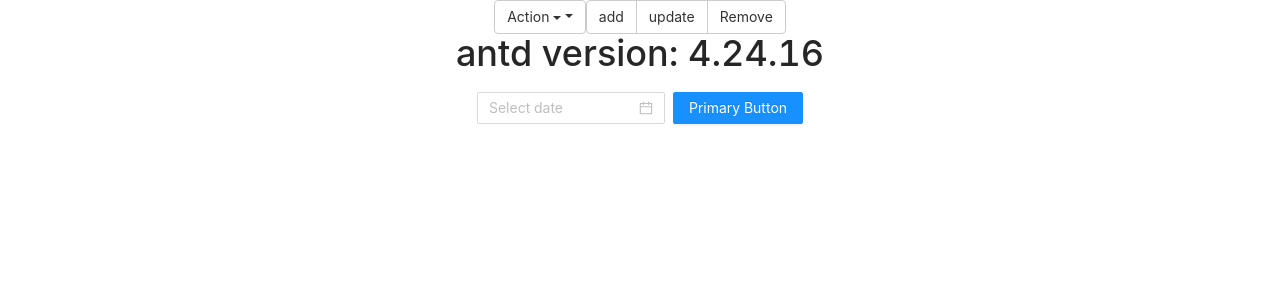
Repository: busiui/react
Page: /
The author's editor kept a copy of each file at every save. The page is drawn from the files as they stood at one save, then again after the next save.
The browser window is 1280 px wide. The pictures show the whole page.
The project was rebuilt for these pictures with package versions that can differ from the ones it lists, and the page was loaded fresh each time.

Above is the page before, as saved 2020-03-17 09:58:33.

### public/index.html
<!DOCTYPE html>
<html lang="en">

<head>
  <meta charset="utf-8" />
  <link rel="icon" href="%PUBLIC_URL%/favicon.ico" />
  <meta name="viewport" content="width=device-width, initial-scale=1" />
  <meta name="theme-color" content="#000000" />
  <meta name="description" content="Web site created using create-react-app" />
  <link rel="apple-touch-icon" href="%PUBLIC_URL%/logo192.png" />
  <!--
      manifest.json provides metadata used when your web app is installed on a
      user's mobile device or desktop. See https://developers.google.com/web/fundamentals/web-app-manifest/
    -->
  <link rel="manifest" href="%PUBLIC_URL%/manifest.json" />
  <!--
      Notice the use of %PUBLIC_URL% in the tags above.
      It will be replaced with the URL of the `public` folder during the build.
      Only files inside the `public` folder can be referenced from the HTML.

      Unlike "/favicon.ico" or "favicon.ico", "%PUBLIC_URL%/favicon.ico" will
      work correctly both with client-side routing and a non-root public URL.
      Learn how to configure a non-root public URL by running `npm run build`.
    -->
  <title>React App</title>
  <script src="https://cdn.jsdelivr.net/npm/jquery@1.12.4/dist/jquery.min.js"></script>
  <link rel="stylesheet" href="https://cdn.jsdelivr.net/npm/bootstrap@4.4.1/dist/css/bootstrap.min.css" integrity="sha384-Vkoo8x4CGsO3+Hhxv8T/Q5PaXtkKtu6ug5TOeNV6gBiFeWPGFN9MuhOf23Q9Ifjh" crossorigin="anonymous">
  <script src="https://cdn.jsdelivr.net/npm/bootstrap@4.4.1/dist/js/bootstrap.min.js" integrity="sha384-wfSDF2E50Y2D1uUdj0O3uMBJnjuUD4Ih7YwaYd1iqfktj0Uod8GCExl3Og8ifwB6" crossorigin="anonymous"></script>

  <script src="./busiui.js"></script>
</head>

<body>
  <noscript>You need to enable JavaScript to run this app.</noscript>
  <div id="root"></div>
  <!--
      This HTML file is a template.
      If you open it directly in the browser, you will see an empty page.

      You can add webfonts, meta tags, or analytics to this file.
      The build step will place the bundled scripts into the <body> tag.

      To begin the development, run `npm start` or `yarn start`.
      To create a production bundle, use `npm run build` or `yarn build`.
    -->
  <!-- <div class="input-group">
    <span class="input-group-addon" id="basic-addon1">@</span>
    <input type="text" class="form-control" placeholder="Username" aria-describedby="basic-addon1">
  </div> -->
</body>

</html>

### src/index.js
import React from 'react';
import ReactDOM from 'react-dom';
import './index.css';
import App from './App';
import * as serviceWorker from './serviceWorker';
import { Button, DatePicker, version } from "antd";
import "antd/dist/antd.css";
import "./index.css";

ReactDOM.render(
    <div className="App">
        <App></App>
        <h1>antd version: {version}</h1>
        <DatePicker />
        <Button type="primary" style={{ marginLeft: 8 }}>
            Primary Button
    </Button>
    </div>,
    document.getElementById("root")
);

// If you want your app to work offline and load faster, you can change
// unregister() to register() below. Note this comes with some pitfalls.
// Learn more about service workers: https://bit.ly/CRA-PWA
serviceWorker.unregister();

### src/App.js
import React, { Component } from 'react';
import { Link } from 'react-router-dom';
// import logo from './logo.svg';
import './App.css';
import 'bootstrap/dist/css/bootstrap.min.css';
import 'bootstrap/dist/js/bootstrap';

class App extends Component {
  render() {
    return (
      <div className="App">
        <user-card></user-card>
        <div class="btn-group">
          <button type="button" class="btn btn-default dropdown-toggle" data-toggle="dropdown" aria-haspopup="true" aria-expanded="false">
            Action <span class="caret"></span>
          </button>
          <ul class="dropdown-menu">
            <li><a href="#">Action</a></li>
            <li><a href="#">Another action</a></li>
            <li><a href="#">Something else here</a></li>
            <li role="separator" class="divider"></li>
            <li><a href="#">Separated link</a></li>
          </ul>
        </div>
        <div class="btn-group" role="group" aria-label="...">
          <button type="button" class="btn btn-default add" >add</button>
          <button type="button" class="btn btn-default update">update</button>
          <button type="button" class="btn btn-default remove">Remove</button>
        </div>
        {/* <Link  to="/home"/> */}
      </div>
    );
  }

  componentDidMount() {
    if (typeof window['busiUiInit'] === 'function') {
      window['busiUiInit']();
    }
  }
}

export default App;

Loaded but not shown: src/index.css (common file); src/serviceWorker.js (common file); src/App.css (common file); public/busiui.js (library)

After the next save:
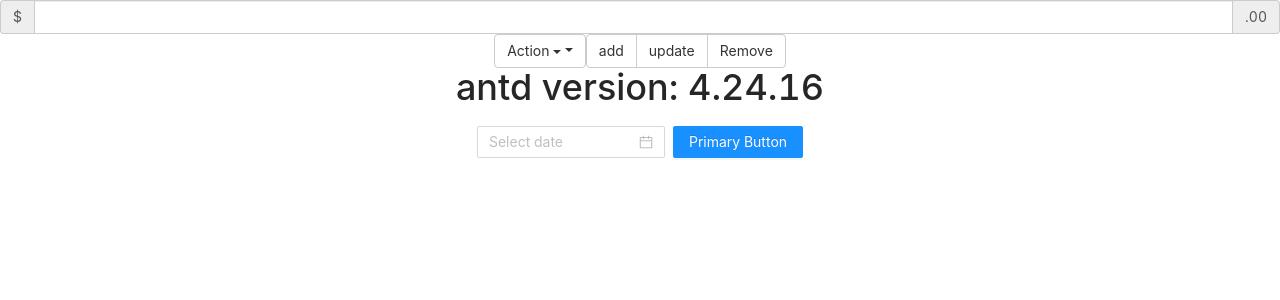
Saved 20 min 51 s later.
--- a/src/App.js
+++ b/src/App.js
@@ -9,7 +9,11 @@
   render() {
     return (
       <div className="App">
-        <user-card></user-card>
+        <div class="input-group">
+          <span class="input-group-addon">$</span>
+          <input type="text" class="form-control" aria-label="Amount (to the nearest dollar)" />
+          <span class="input-group-addon">.00</span>
+        </div>
         <div class="btn-group">
           <button type="button" class="btn btn-default dropdown-toggle" data-toggle="dropdown" aria-haspopup="true" aria-expanded="false">
             Action <span class="caret"></span>
